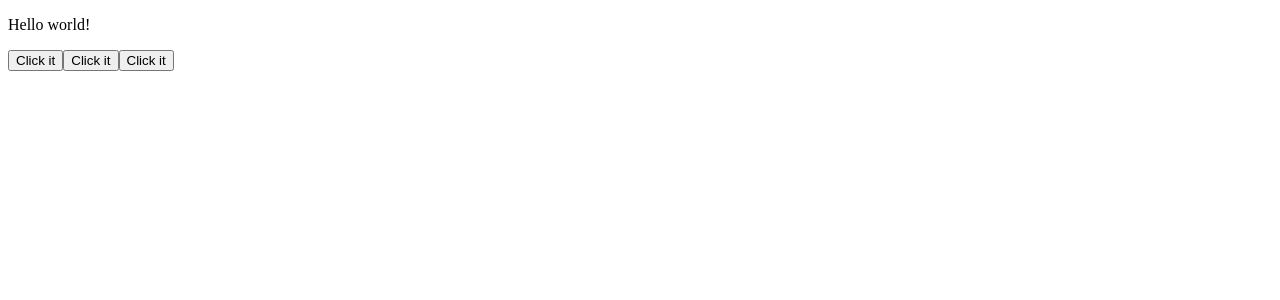
Repository: akinmiday/react-series
Page: /
The author's editor kept a copy of each file at every save. The page is drawn from the files as they stood at one save, then again after a run of saves.
The browser window is 1280 px wide. The pictures show the whole page.
The project was rebuilt for these pictures with package versions that can differ from the ones it lists, and the page was loaded fresh each time. Also part of the build but not shown: vite.config.js, src/App.css, src/index.css.

Above is the page before, as saved 2023-08-21 06:06:46.

### src/App.jsx
import { useState } from 'react'
import './App.css'

const App = () => {

  const [name, setName] = useState("world")

  const handleNameChange = () => {
    const names = ['Bob', 'Kevin', 'Dave']
    const int = Math.floor(Math.random() * 3)
    setName(names[int])
  }


  const handleClick2 = (name) => {
    console.log(`${name} was clicked`)
  }





  return (
    <>
      <p >Hello {name}!</p>
      <div>
        <button onClick={handleNameChange} >Click it</button>
        <button onClick={() => handleClick2('Akinmiday')} >Click it</button>
        <button onClick={(e) => handleClick3(e)} >Click it</button>
      </div>
    </>
  )
}

export default App

Loaded but not shown: index.html (common file); src/main.jsx (common file)

After the next 2 saves:
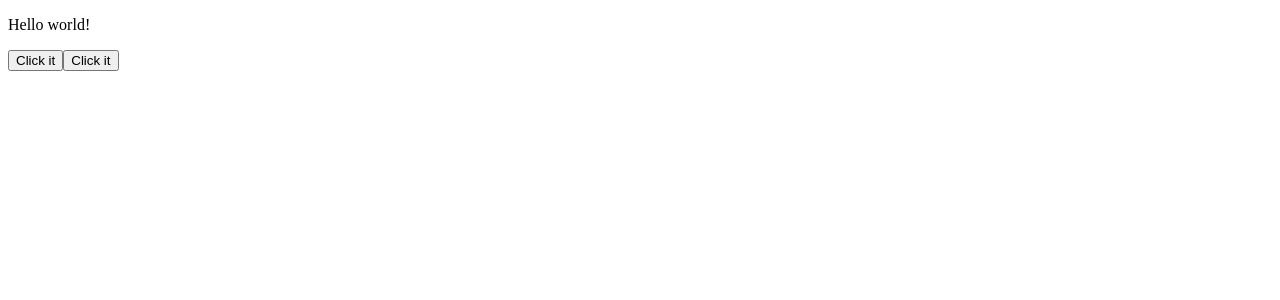
The 2 saves are shown as one change because 1 did not build or start.
The last was saved 38 s later.
--- a/src/App.jsx
+++ b/src/App.jsx
@@ -26,7 +26,6 @@ const App = () => {
       <div>
         <button onClick={handleNameChange} >Click it</button>
         <button onClick={() => handleClick2('Akinmiday')} >Click it</button>
-        <button onClick={(e) => handleClick3(e)} >Click it</button>
       </div>
     </>
   )
